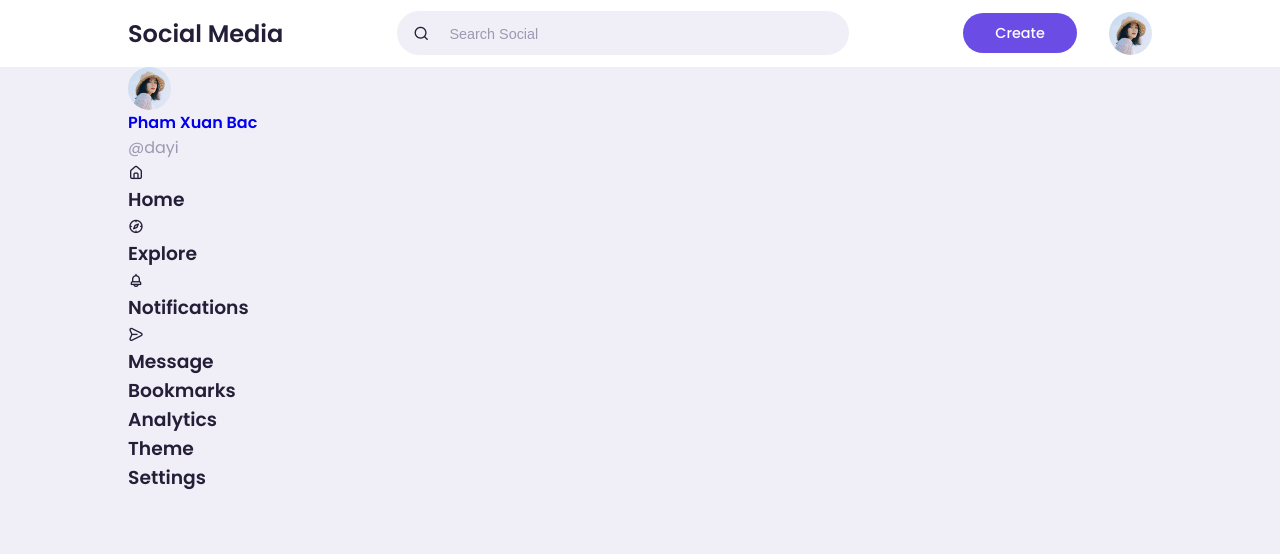
Repository: northpx/socialMedia
Page: index.html
An editor plug-in stored every save of this project. The page is shown before and after the next save, followed by the edit.
The browser window is 1280 px wide. The pictures show the whole page.

Above is the page before, as saved 2023-03-07 16:58:36.

After the next save:
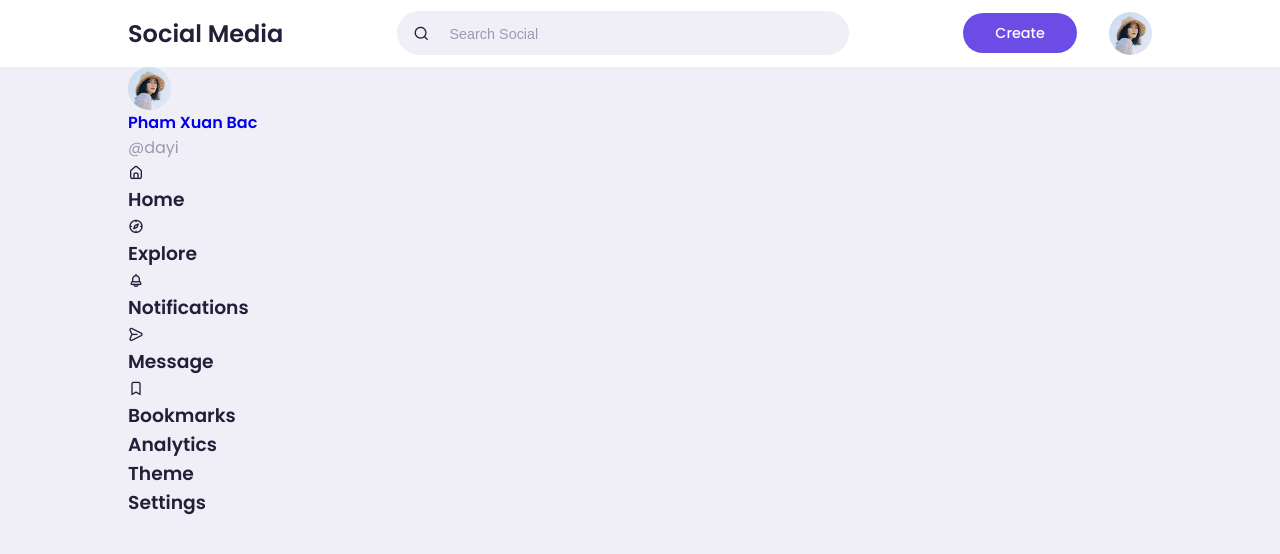
Saved 15 s later.
--- a/index.html
+++ b/index.html
@@ -49,7 +49,7 @@
                         <span><i class="uil uil-compass"></i></span><h3>Explore</h3>
                         <span><i class="uil uil-bell"></i></span><h3>Notifications</h3>
                         <span><i class="uil uil-message"></i></span><h3>Message</h3>
-                        <span></span><h3>Bookmarks</h3>
+                        <span><i class="uil uil-bookmark"></i></span><h3>Bookmarks</h3>
                         <span></span><h3>Analytics</h3>
                         <span></span><h3>Theme</h3>
                         <span></span><h3>Settings</h3>
